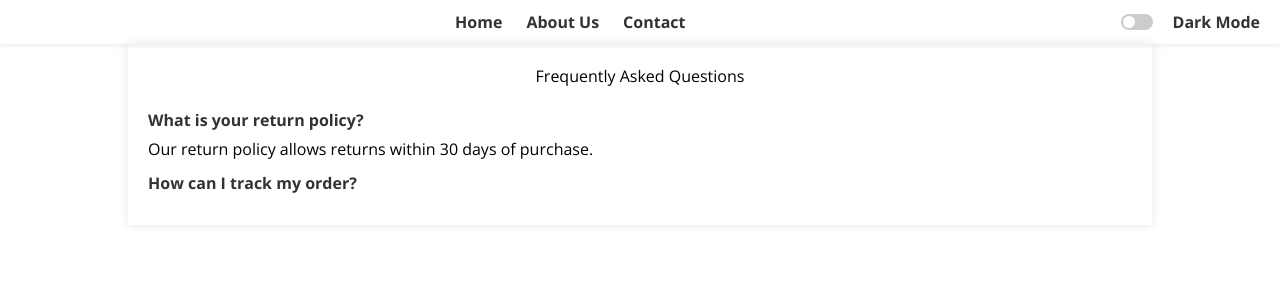
Repository: sriram1224/Text-converter
Page: /about, after clicking the first element matching `div.faq-question`
These files come from the project's save history. The page is drawn as it stood at one moment and after the next save; the edit follows.
The browser window is 1280 px wide. The pictures show the whole page.
The project was rebuilt for these pictures with package versions that can differ from the ones it lists, and the page was loaded fresh each time. Also part of the build but not shown: src/Home.css, src/Home.jsx.

Above is the page before, as saved 2024-03-27 15:26:28.

### src/index.css
@tailwind base;
@tailwind components;
@tailwind utilities;

body{
    font-family: "Open Sans", sans-serif;

}

### src/App.js
import React, { useState } from "react";
import { BrowserRouter as Router, Routes, Route } from "react-router-dom";

import Header from "./Header";
import Home from "./Home";
import About from "./About";
import Contact from "./Contact";

function App() {
  const [isDarkMode, setIsDarkMode] = useState(false); // Define isDarkMode state here

  return (
    <Router>
      <div>
        <Header isDarkMode={isDarkMode} setIsDarkMode={setIsDarkMode} />

        <Routes>
          <Route path="/" element={<Home />} />
          <Route path="/about" element={<About isDarkMode={isDarkMode} />} /> {/* Pass isDarkMode as a prop here */}
          <Route path="/contact" element={<Contact />} />
        </Routes>
      </div>
    </Router>
  );
}

export default App;

### src/Header.jsx
import React, { useEffect,useState } from 'react';
import Navbar from './Navbar';

function Header({ isDarkMode, setIsDarkMode }) {
  const [showSuccessMessage, setShowSuccessMessage] = useState(false);

  const toggleDarkMode = () => {
    setIsDarkMode(!isDarkMode);
    setShowSuccessMessage(true);
    setTimeout(() => {
      setShowSuccessMessage(false);
    }, 2000);
  };

  useEffect(() => {
    document.body.classList.toggle('dark', isDarkMode);
  }, [isDarkMode]);

  return (
    <div>
      <Navbar isDarkMode={isDarkMode} toggleDarkMode={toggleDarkMode} />
      {showSuccessMessage && (
        <div className="success-message">
          Success: {isDarkMode ? 'Dark' : 'Light'} mode has been enabled
        </div>
      )}
    </div>
  );
}

export default Header;

### src/About.jsx
import React, { useState } from 'react';
import './about.css'
function FAQItem({ question, answer }) {
  const [isOpen, setIsOpen] = useState(false);

  const toggleAnswer = () => {
    setIsOpen(!isOpen);
  };

  return (
    <div className="faq-item">
      <div onClick={toggleAnswer} className="faq-question">
        <strong>{question}</strong>
      </div>
      {isOpen && <div className="faq-answer">{answer}</div>}
    </div>
  );
}

function FAQ() {
  return (
    <div className="faq">
      <h1>Frequently Asked Questions</h1>
       <FAQItem
        question="What is your return policy?"
        answer="Our return policy allows returns within 30 days of purchase."
      />
      <FAQItem
        question="How can I track my order?"
        answer="You can track your order by logging into your account."
      />
    </div>
  );
}

export default FAQ;

### src/Navbar.jsx
import React, { useState } from 'react';
import { Link } from 'react-router-dom';
import './Navbar.css';

function Navbar({ isDarkMode, toggleDarkMode }) {
  const [isMenuOpen, setIsMenuOpen] = useState(false);

  const toggleMenu = () => {
    setIsMenuOpen(!isMenuOpen);
  };

  return (
    <nav className={`navbar-container ${isDarkMode ? 'dark' : 'light'}`}>
      <Link to="/" className="navbar-brand">

      </Link>
      <div className="navbar-toggle" onClick={toggleMenu}>
        <svg className="navbar-toggle-icon" viewBox="0 0 20 20" xmlns="http://www.w3.org/2000/svg">
          <title>Mobile menu</title>
          <path d="M0 3h20v2H0V3zm0 6h20v2H0V9zm0 6h20v2H0v-2z"></path>
        </svg>
      </div>
      <ul className={`navbar-menu ${isMenuOpen ? 'open' : ''}`}>
        <li><Link to="/" className="navbar-link">Home</Link></li>
        <li><Link to="/about" className="navbar-link">About Us</Link></li>
        <li><Link to="/contact" className="navbar-link">Contact</Link></li>
      </ul>
      <label className="toggle-dark-mode">
        <input type="checkbox" checked={isDarkMode} onChange={toggleDarkMode} className="sr-only peer" />
        <div className="toggle-track peer-focus:ring-dark peer-checked:after"></div>
        <span className={`toggle-label ${isDarkMode ? 'dark' : 'light'}`}>{isDarkMode ? "Light Mode" : "Dark Mode"}</span>
      </label>
      {isMenuOpen && <div className="navbar-backdrop" onClick={toggleMenu}></div>}
    </nav>
  );
}

export default Navbar;

### src/about.css
.faq {
    width: 80%;
    margin: 0 auto;
    padding: 20px;
    box-shadow: 0px 0px 10px rgba(0, 0, 0, 0.1);
}

.faq h1 {
    text-align: center;
    margin-bottom: 20px;
}

.faq-item {
    margin-bottom: 10px;
}

.faq-question {
    cursor: pointer;
    color: #333;
}

.faq-answer {
    margin-top: 5px;

}

### src/Navbar.css

@import url('https://fonts.googleapis.com/css2?family=Open+Sans:ital,wght@0,300..800;1,300..800&family=Signika:wght@300..700&display=swap');

nav{
    font-family: "Open Sans", sans-serif;
    font-size: 16px;
    font-weight: bold;
}
.navbar-container.light {
    background-color: #fff;
    color: #333;
    padding: 10px 20px;
    display: flex;
    justify-content: space-between;
    align-items: center;
    box-shadow: 0 2px 4px rgba(73, 73, 73, 0.1);
}


.navbar-container.dark {
    background-color: #333;
    color: #1c3feb;
    padding: 10px 20px;
        display: flex;
        justify-content: space-between;
        align-items: center;
        box-shadow: 0 4px 4px rgba(197, 188, 188, 0.1);
}


.success-message {
    color: #008000;

    background-color: #7fffd4;

    position: absolute;
    top: 35px;
    padding: 10px;
    border-radius: 5px;
    margin-top: 10px;
}

.navbar-brand {
    font-size: 24px;
    font-weight: bold;
    line-height: 1;
    color: inherit;
    text-decoration: none;
}

/* Navbar Toggle Button */
.navbar-toggle {
    display: none;
    cursor: pointer;
}

/* Navbar Toggle Icon */
.navbar-toggle-icon {
    height: 24px;
    width: 24px;
    fill: currentColor;
}

/* Navbar Menu */
.navbar-menu {
    list-style: none;
    display: flex;
    align-items: center;
    gap: 24px;
}

.navbar-menu.open {
    display: flex;
}

/* Navbar Link */
.navbar-link {
    font-size: 16px;

    text-decoration: none;
}

/* Toggle Dark Mode */
.toggle-dark-mode {
    display: flex;
    align-items: center;
    cursor: pointer;
    gap: 20px;
}

.toggle-track {
    width: 32px;
    height: 16px;
    background-color: #ccc;
    border-radius: 8px;
    position: relative;
}

.toggle-track:after {
    content: '';
    position: absolute;
    top: 2px;
    left: 2px;
    width: 12px;
    height: 12px;
    border-radius: 50%;
    background-color: #fff;
    transition: transform 0.3s;
}

.toggle-dark-mode input[type="checkbox"]:checked+.toggle-track:after {
    transform: translateX(16px);
}

.toggle-label .light {
    margin-left: 8px;
    font-size: 14px;
    color: #000000;
}
.toggle-label .dark {
    margin-left: 8px;
    font-size: 14px;
    color: #ffefef;
}

### tailwind.config.js
const path = require('path');

module.exports = {
  content: [
    './src/**/*.{html,jsx}',
  ],
  theme: {
    extend: {},
  },
  plugins: [],
};

Loaded but not shown: public/index.html (common file); src/index.js (common file); src/reportWebVitals.js (common file); src/Contact.jsx (no stored copy; drawn as an empty file)

After the next save:
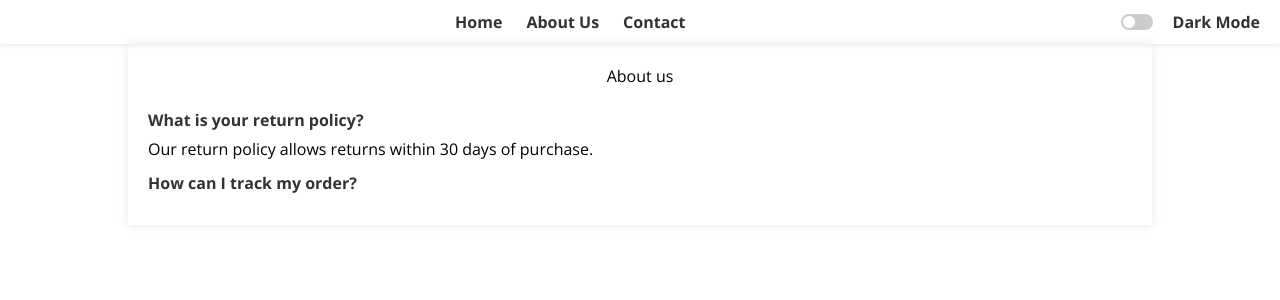
Saved 2 min 8 s later.
--- a/src/About.jsx
+++ b/src/About.jsx
@@ -19,8 +19,8 @@ function FAQItem({ question, answer }) {
 
 function FAQ() {
   return (
-    <div className="faq">
-      <h1>Frequently Asked Questions</h1>
+    <div className="faq `${}`">
+      <h1>About us</h1>
        <FAQItem
         question="What is your return policy?"
         answer="Our return policy allows returns within 30 days of purchase."
